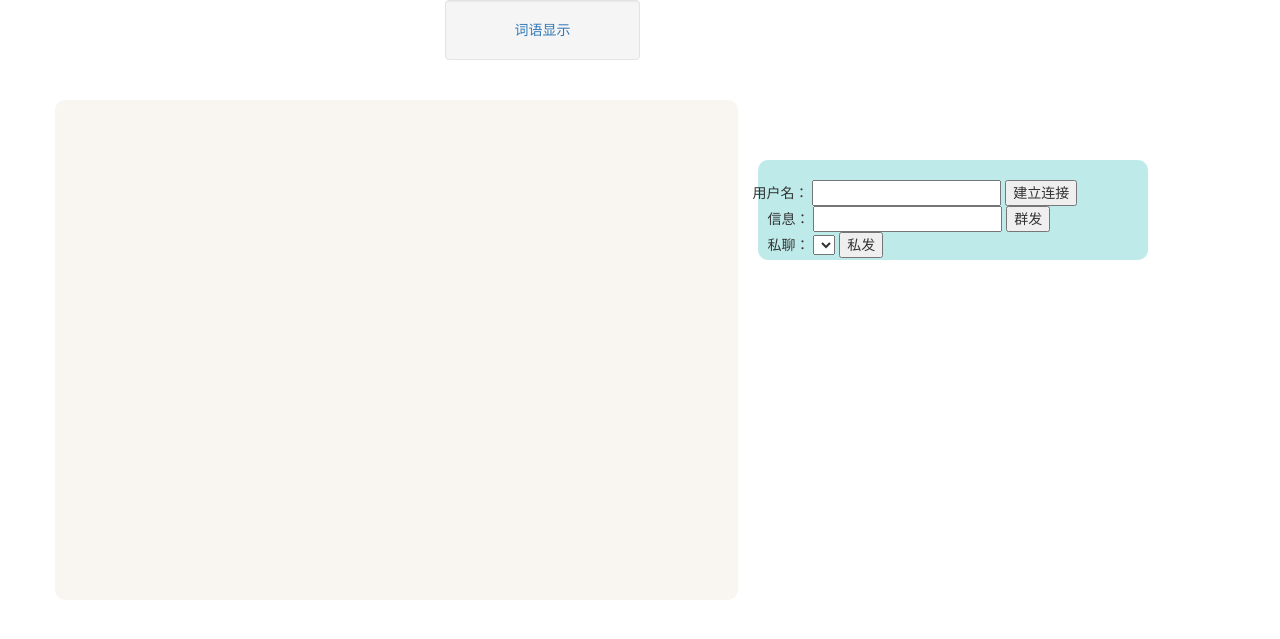
Repository: eheihaha2/whoisthespy-
Page: webDemo/WebContent/room.html
An editor plug-in stored every save of this project. The page is shown before and after the next save, followed by the edit.
The browser window is 1280 px wide. The pictures show the whole page.

Above is the page before, as saved 2020-02-26 01:58:47.

### webDemo/WebContent/room.html
<!DOCTYPE html>
<html>
<head>
	<script type="text/javascript" src="js/jquery-1.11.0.min.js"></script>
<script type="text/javascript" src="js/bootstrap.js"></script>
<link rel="stylesheet" href="css/bootstrap.css">
<style type="text/css">
	.show{
			margin-right:0;
			background-color:#f9f6f2;
			height: 500px;
			margin-top:20px;
			border-radius: 10px;
		}
		.mss{
			padding:20px 20px 10px 10px;
			background-color:#beebe9;
			height:100px;
			margin-left:20px;;
			margin-top:80px;
			border-radius: 10px;
		}
}
</style>
	<title></title>
</head>
<body>
	<div class="container">
	<div class="row">
		<div class="well text-center text-primary col-md-2 	col-sm-2 col-md-offset-4">词语显示</div>
	</div>
		<div class="row">
			<div class="col-md-7 col-sm-7 show">
				<div class="info">
				<span class="name"></span>
				<span class="msg"></span>
				</div>
      			<h4 class="userinfo"></h4>
     		</div>
     		<div class="col-md-4 col-sm-4 mss">
     			<div class="row">
				<span>用户名：</span>
      			<input type="text" name="username"/>
     			<button id="connBtn">建立连接</button><br />
     			</div>
			<span>信息：</span>
     		<input type="text" name="info"/>
      		<button id="subBtnAll">群发</button><br />
			<span>私聊：</span>
     		<select id="userList">
			</select>
			<button id="subBtn">私发</button>
			</div>
		</div>
	</div>
</body>
<script type="text/javascript">
	var ws=null;
	var username=null;
	var url="ws://localhost:8080/webDemo/chatRoom/";
		// 后续的消息添加都是用其做二次克隆
      	var info = $(".info").clone();
		//点击建立连接的按钮
      	$("#connBtn").on("click",function(){
      		if("WebSocket" in window){
      			username = $("input[name='username']").val();
      			ws = new WebSocket(url+username);
      			//有了webSocket连接对象之后，我就开始监听消息
      			//服务器端的所有消息都会来到这
      			ws.onmessage = function(evt){
      				var received_msg = evt.data;
      				var jsonReceive_msg = JSON.parse(received_msg);
      				var head = jsonReceive_msg.head;//获得服务器数据，解析数据获得数据类型
      				var data =jsonReceive_msg.data;//真正的data所在
      				switch (head) {
      					case "sendAll":
      					sendAll(data);
      						break;
      					case "sendTo":
      					sendTo(data);
      						break;
      					case "onLine":
      					onLine(data);
      						break;
      					case "userList":
      					userList(data);
      						break;
      					default:
      						break;
      				}
      			}
      		}else{
      			alert("您的浏览器不支持 WebSocket!");
      		}
      	})

      	//细节定义每种功能的数据接口
      	//构建JSON格式发送给服务器：{from:来自谁,msg:消息本身}
      	function sendAll(data){
      		var infoDiv = info.clone();//这个就是我要渲染的dom节点
      		//用于把从服务器端获得的JSON字符串的data解析为原生JS值
      		//var jsonData=JSON.parse(data);
      		infoDiv.find(".name").text("来自于："+data.from+"(群发)");
      		infoDiv.find(".msg").text(data.msg);
      		$(".info").parent().append(infoDiv);
      	}
      	// 构建JSON格式发送给服务器：{from:来自谁,msg:消息本身}
      	function sendTo(data){
      		var infoDiv = info.clone();//这个就是我要渲染的dom节点
      		infoDiv.find(".name").text("来自于："+data.from+"(私发)");
      		infoDiv.find(".msg").text(data.msg);
      		$(".info").parent().append(infoDiv);
      	}
      	// 构建JSON格式发送给服务器：{name:上线人姓名}
      	function onLine(data){
      	//$(".userinfo").empty();
      	console.log(data);
      	$(".userinfo").append("【"+data.name+"上线了】");
      	}
      	// 构建JSON格式发送给服务器：[用户1,用户2]
      	function userList(data){
      		$("#userList").empty();
      		var jsonData=JSON.parse(data);
      		$("#userList").append("<option>请选择</option>");
      		$.each(jsonData,function(index,item){
      			$("#userList").append("<option value="+item+">"+item+"</option>");
      		})
      	}

      	//点击群发按钮
      	$("#subBtnAll").on("click",function(){
      		//var sentName = $("input[name='username']").val();
      		var msg = $("input[name='info']").val();
      		console.log(msg);
      		var jsonMsg={
      			"head":"sendAll",
      			"data":msg
      			//"from":sentName,
      			//"msg":msg
      		}
      		console.log(jsonMsg);
      		//var subAllEnd =JSON.stringify(jsonMsg);
      		ws.send(JSON.stringify(jsonMsg));
      	})
      	//点击私发按钮
      	$("#subBtn").on("click",function(){
      		var msg=$("input[name=info]").val();
      		var toUser=$("#userList").val();
      		console.log(toUser);
      		var jsonMsg={
      			"head":"sendTo",
      			"data":{
      				"to":toUser,
      				"msg":msg
      			}
      		}
      		console.log(jsonMsg);
      		ws.send(JSON.stringify(jsonMsg));
      	})
</script>
</html>

Loaded but not shown: webDemo/WebContent/js/jquery-1.11.0.min.js (library); webDemo/WebContent/js/bootstrap.js (library); webDemo/WebContent/css/bootstrap.css (library)

After the next save:
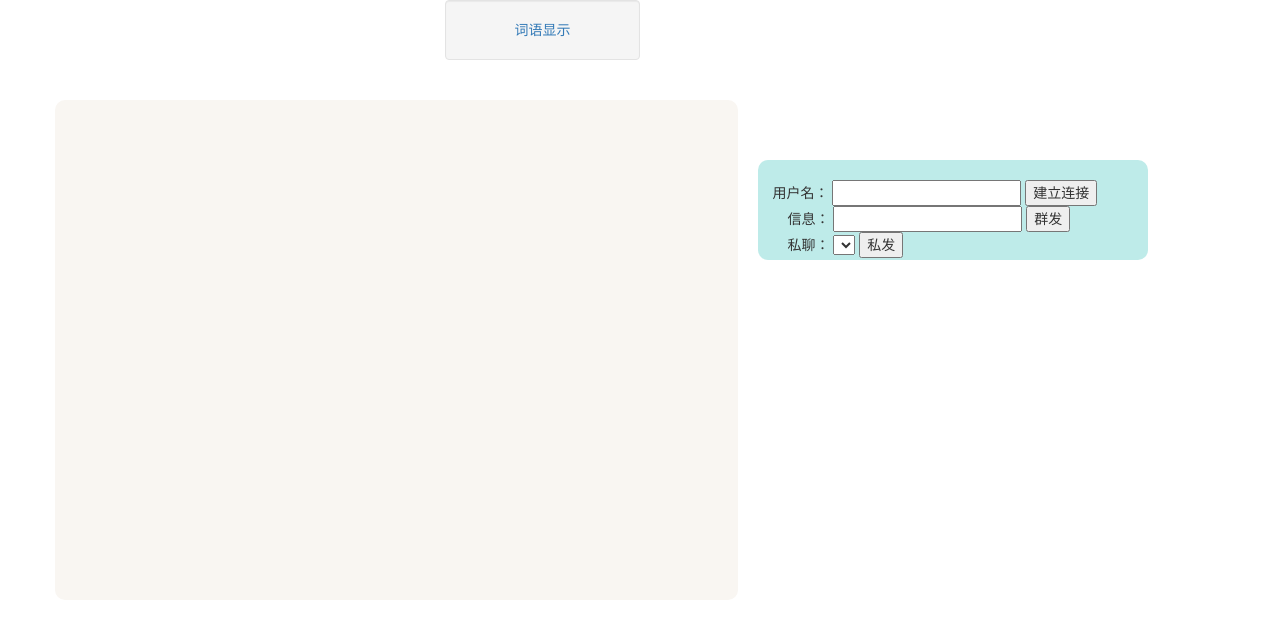
Saved 10 s later.
--- a/webDemo/WebContent/room.html
+++ b/webDemo/WebContent/room.html
@@ -13,7 +13,7 @@
 			border-radius: 10px;
 		}
 		.mss{
-			padding:20px 20px 10px 10px;
+			padding:20px 20px 30px 30px;
 			background-color:#beebe9;
 			height:100px;
 			margin-left:20px;;
